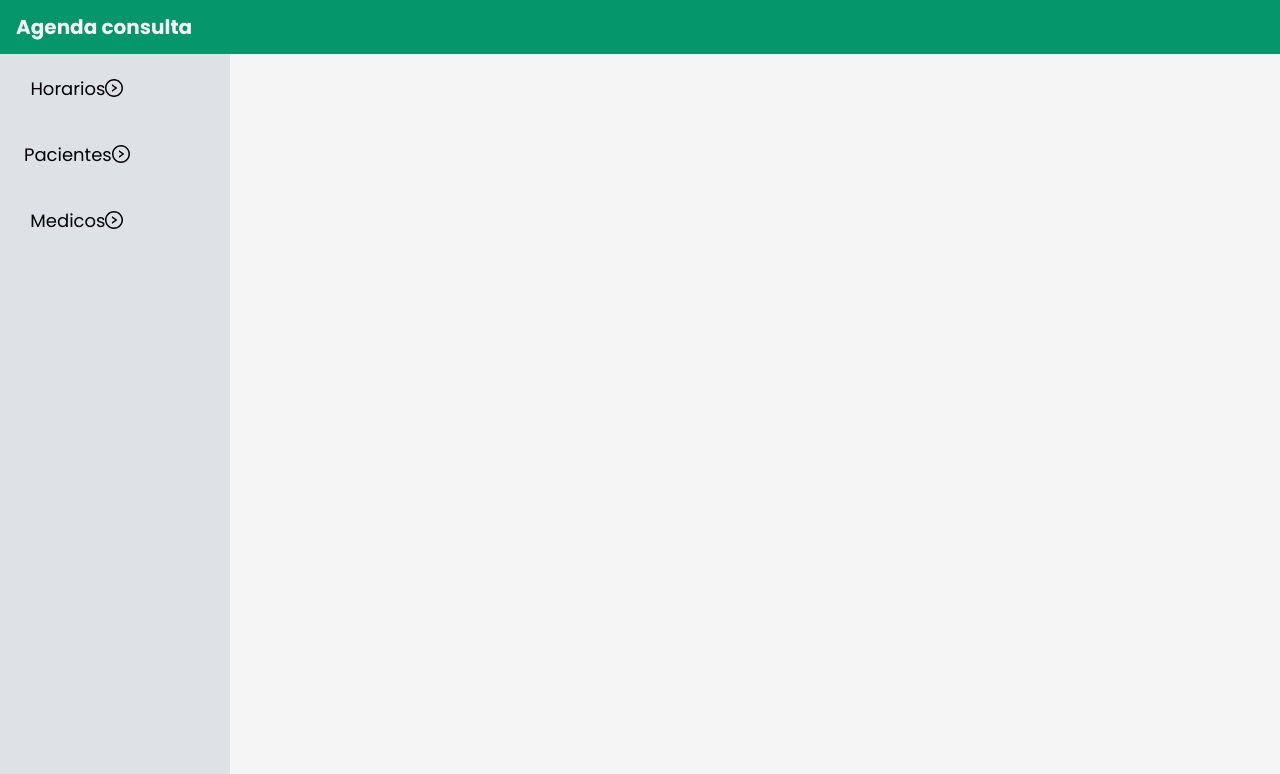
Repository: BarbaraCD/agendaconsulta
Page: /
An editor plug-in stored every save of this project. The page is shown before and after the next save, followed by the edit.
The browser window is 1280 px wide. The pictures show the whole page.
The project was rebuilt for these pictures with package versions that can differ from the ones it lists, and the page was loaded fresh each time. Also part of the build but not shown: vite.config.ts.

Above is the page before, as saved 2023-07-26 13:49:58.

### index.html
<!DOCTYPE html>
<html lang="en">
  <head>
    <meta charset="UTF-8" />
    <link rel="icon" type="image/svg+xml" href="/vite.svg" />
    <meta name="viewport" content="width=device-width, initial-scale=1.0" />

    <link rel="preconnect" href="https://fonts.googleapis.com">
    <link rel="preconnect" href="https://fonts.gstatic.com" crossorigin>
    <link href="https://fonts.googleapis.com/css2?family=Poppins:wght@400;500;700&display=swap" rel="stylesheet">

    <title>Agendamento de Consulta</title>
  </head>
  <body>
    <div id="root"></div>
    <script type="module" src="/src/main.tsx"></script>
  </body>
</html>

### src/main.tsx
import React from 'react'
import ReactDOM from 'react-dom/client'
import App from './App.tsx'
import { ThemeProvider } from 'styled-components'
import { theme } from './styles/Theme.ts'

ReactDOM.createRoot(document.getElementById('root')!).render(
  <React.StrictMode>
    <ThemeProvider theme={theme}>
      <App />
    </ThemeProvider>
  </React.StrictMode>,
)

### src/App.tsx
import './styles/global'
import { Header } from './components/Header'
import GlobalStyle from './styles/global'
import { Sidebar } from './components/Sidebar'

function App() {

  return (
    <>
      <GlobalStyle />
      <Header />
      <Sidebar />
    </>
  )
}

export default App

### src/styles/Theme.ts

export const theme = {
  colors: {
    primary: '#059669',
    head: '#059669B3',
    900: '#6A8D73',
    800: '#AFC5A6',
    700: '#F4FDD9',
    100: '#E4FFE1',

    sbcolor: '#DCE2E6',
    gray: '#41414D',
    black: '#000',
    white: '#f5f5f5',
  },

  size: {
    sm: '14px',
    md: '16px',
    lg: '18px',
    xl: '20px',
    xxl: '24px'
  }
}

### src/styles/global.ts
import { createGlobalStyle } from 'styled-components'

export default createGlobalStyle`
  *{
    margin: 0;
    padding: 0;
    box-sizing: border-box;
  }
  body{
    font-family: 'Poppins', sans-serif;
    background: ${(props) => props.theme.colors.white};
    font-size: ${(props) => props.theme.size.xl};
  }
`

### src/components/Header.tsx
import { styled } from "styled-components"

const Container = styled.div`
  background-color: ${(props) => props.theme.colors.primary};
  padding: 12px 16px;
  color: ${(props) => props.theme.colors.white};
  font-weight: 700;
`

export function Header(){
  return (
    <Container>
      Agenda consulta
    </Container>
  )
}

### src/components/Sidebar.tsx
import styled from 'styled-components'
import { RightCircleOutlined } from '@ant-design/icons'

const StyledSidebar = styled.div`
  display: flex;
  height: 100vh;
  width: 18vw;
  background-color: ${(props) => props.theme.colors.sbcolor};
  color: ${(props) => props.theme.colors.black};
  font-size: ${(props) => props.theme.size.lg};
  font-weight: 400;
  justify-content: start;

`

const StyledList = styled.ul`
    flex-direction: column;
    display: flex;
    padding: 12px;
    list-style: none;
    gap: 20px;

  li{
    cursor: pointer;
    padding: 12px;
    line-height: 22px;
    justify-content: space-between;
    text-align: center;
  }
`

export function Sidebar(){
  return (
    <StyledSidebar>
        <StyledList>
          <li>
            Horarios
            <RightCircleOutlined />
          </li>
          <li>
            Pacientes
            <RightCircleOutlined />
          </li>
          <li>
            Medicos
            <RightCircleOutlined />
          </li>
        </StyledList>
    </StyledSidebar>
  )
}

After the next save:
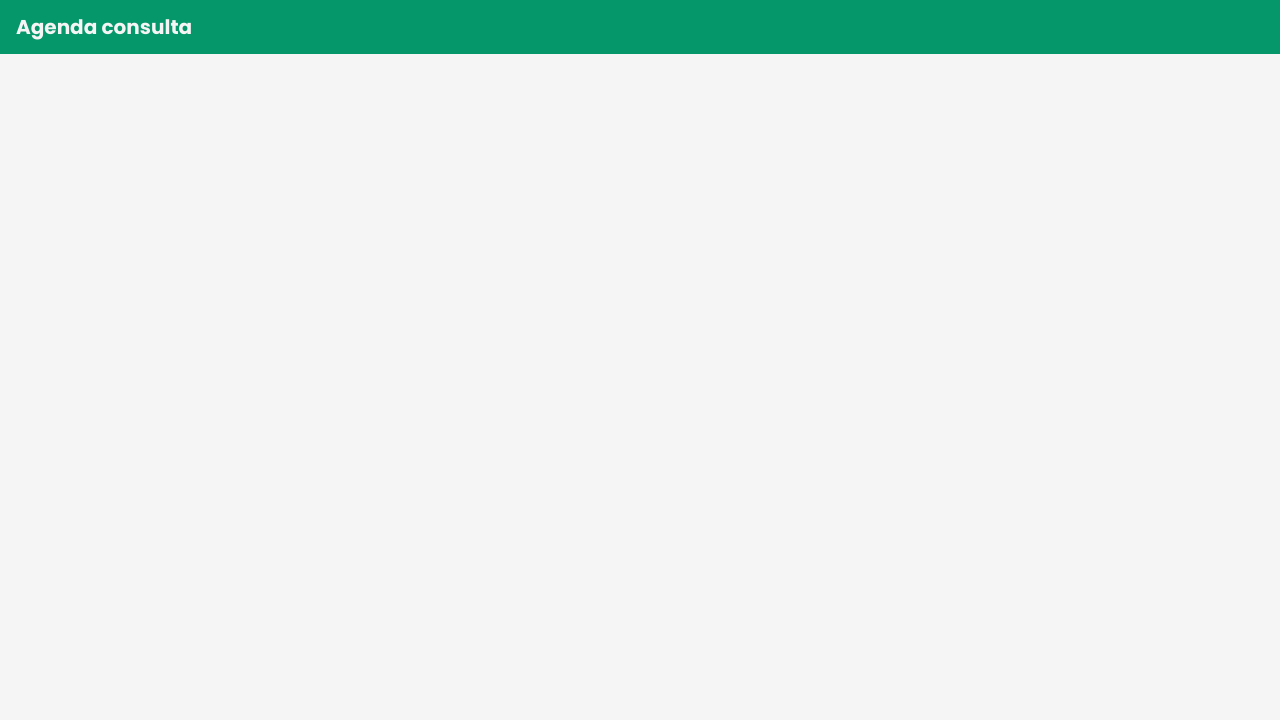
Saved 2 min 54 s later.
--- a/src/App.tsx
+++ b/src/App.tsx
@@ -9,7 +9,7 @@ function App() {
     <>
       <GlobalStyle />
       <Header />
-      <Sidebar />
+      {/* <Sidebar /> */}
     </>
   )
 }
